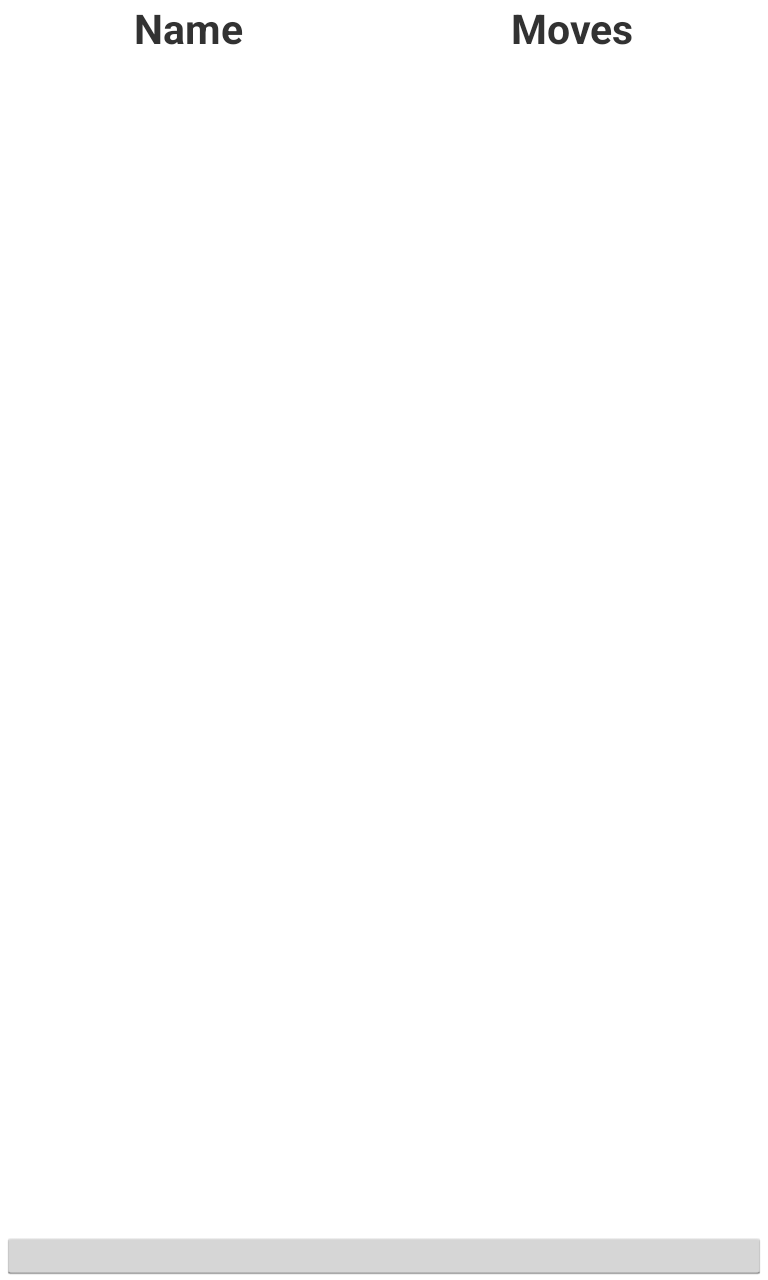
Repository: rickydalziel/project
Layout: Numbersorter/res/layout/activity_leaderboard.xml
These files come from the project's save history. The layout is drawn as it stood at one moment and after the next save; the edit follows.
It is drawn on a 768 x 1280 px phone screen (xhdpi) without system bars, with theme AppTheme; the app's code is not run.

Above is the layout before, as saved 2013-03-14 14:04:12.

After the next save:
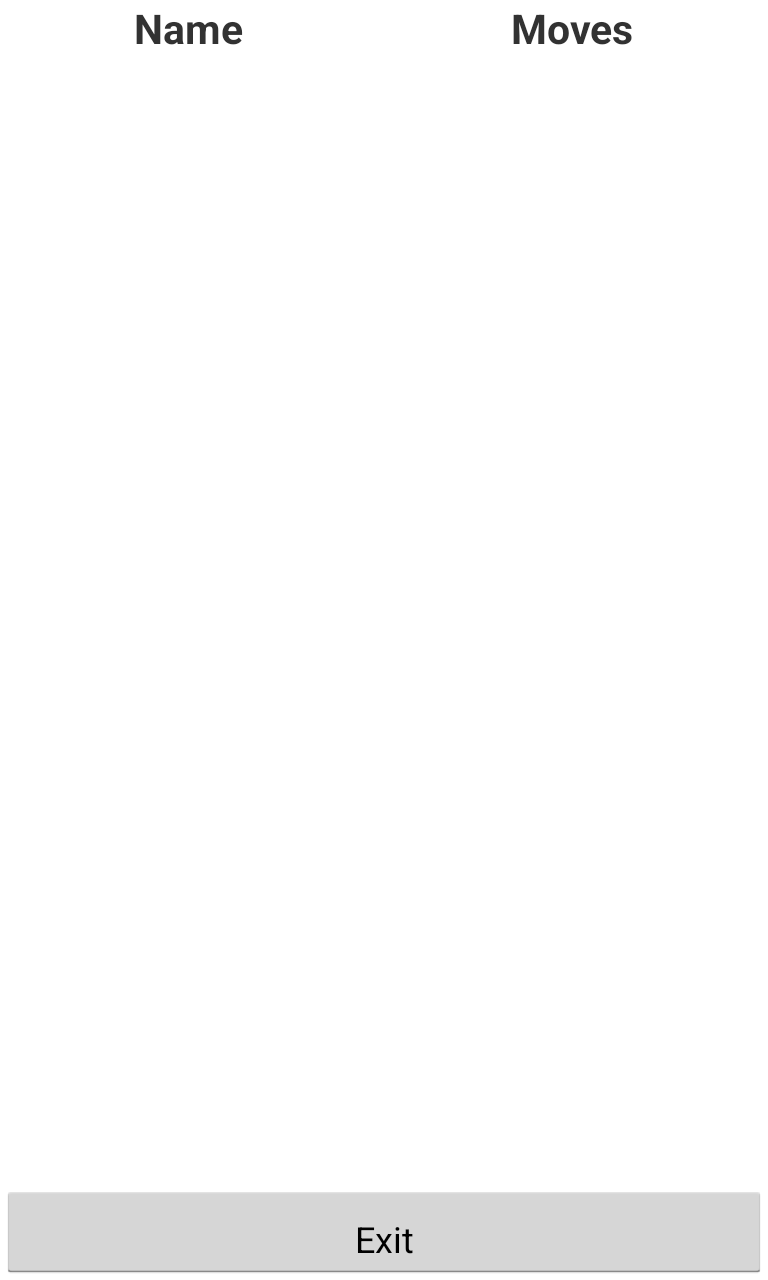
Saved 58 s later.
--- a/Numbersorter/res/layout/activity_leaderboard.xml
+++ b/Numbersorter/res/layout/activity_leaderboard.xml
@@ -49,6 +49,6 @@
             android:onClick="exitGamePressed"
             android:text="@string/exit_game"
             android:paddingTop="15dp"
-            android:layout_weight="1" />
+            />
 
 </LinearLayout>
